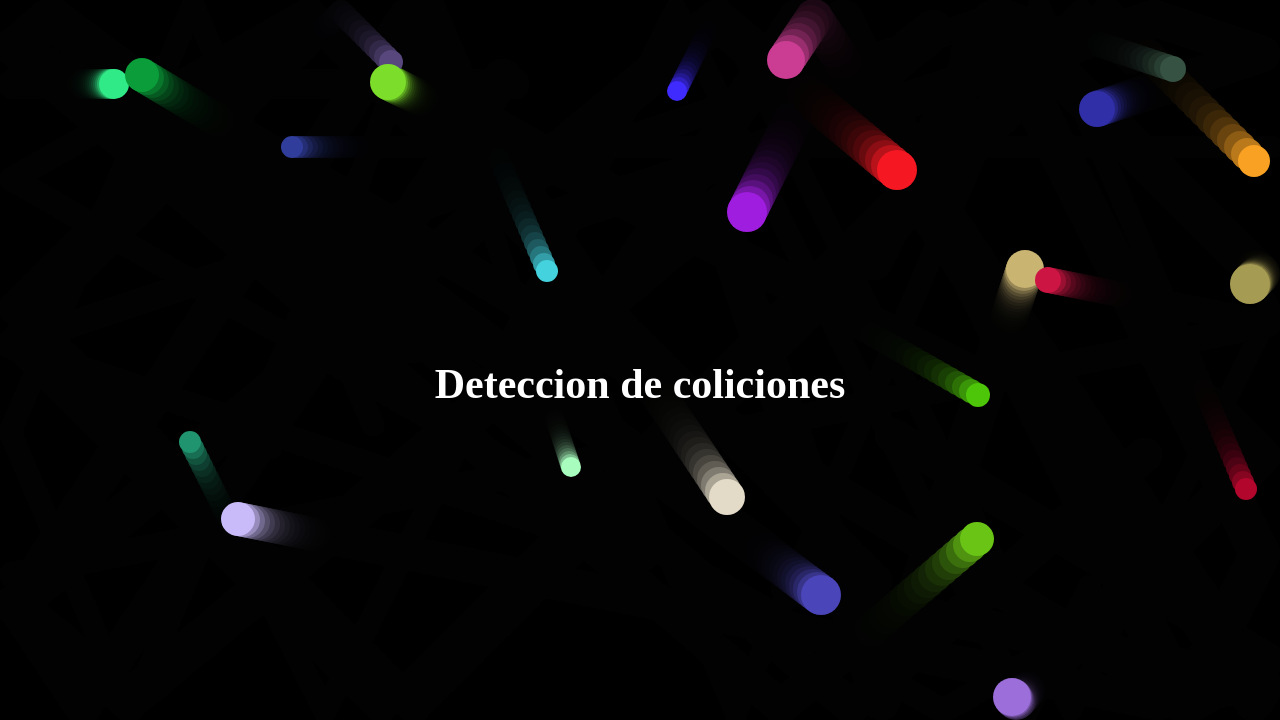
Repository: mvbri/Bouncing-Balls-Animation
Page: index.html
The author's editor kept a copy of each file at every save. The page is drawn from the files as they stood at one save, then again after the next save.
The browser window is 1280 px wide. The pictures show the whole page.

Above is the page before, as saved 2023-01-15 14:57:06.

After the next save:
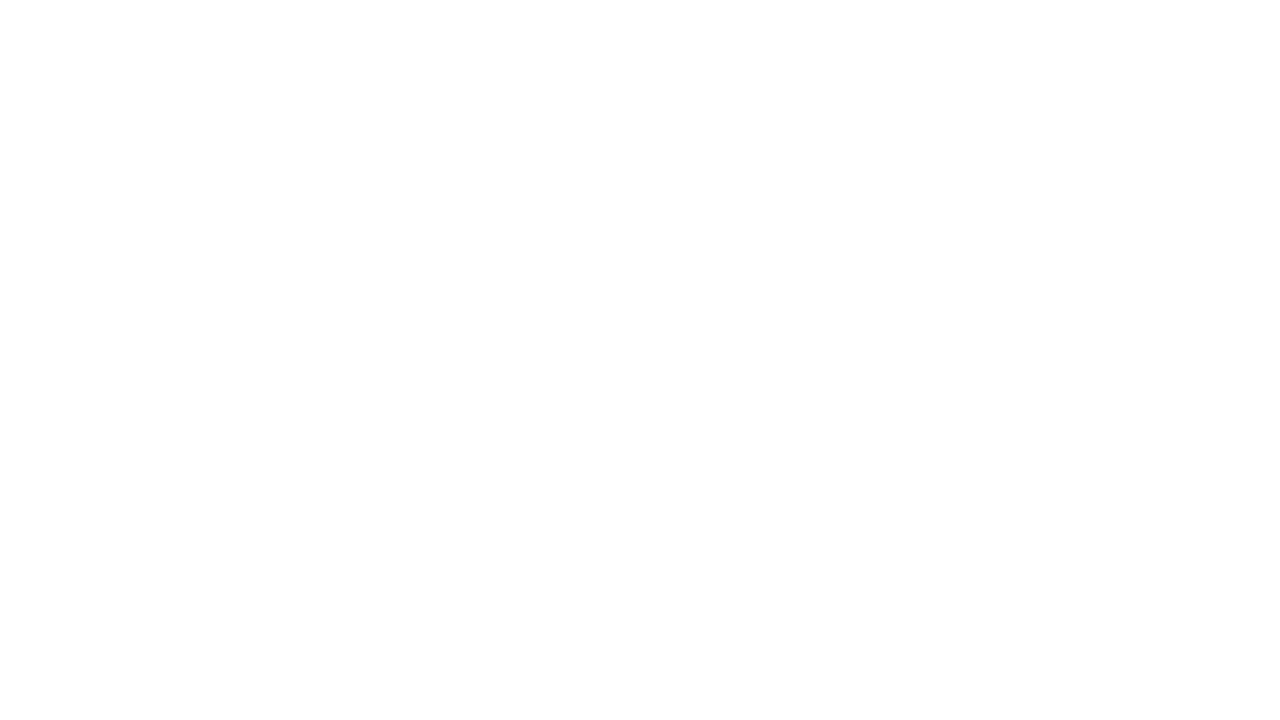
Saved 3 min 25 s later.
--- a/bouncingBalls.js
+++ b/bouncingBalls.js
@@ -69,7 +69,7 @@ while (balls.length < 25) {
 	balls.push(ball);
 }
 
-(function loop() {
+function loop() {
 	ctx.fillStyle = 'rgba(0, 0, 0, 0.25)';
 	ctx.fillRect(0, 0, width, height);
 
@@ -79,4 +79,4 @@ while (balls.length < 25) {
 	}
 
 	requestAnimationFrame(loop);
-})();
+}

After the 3 saves that followed:
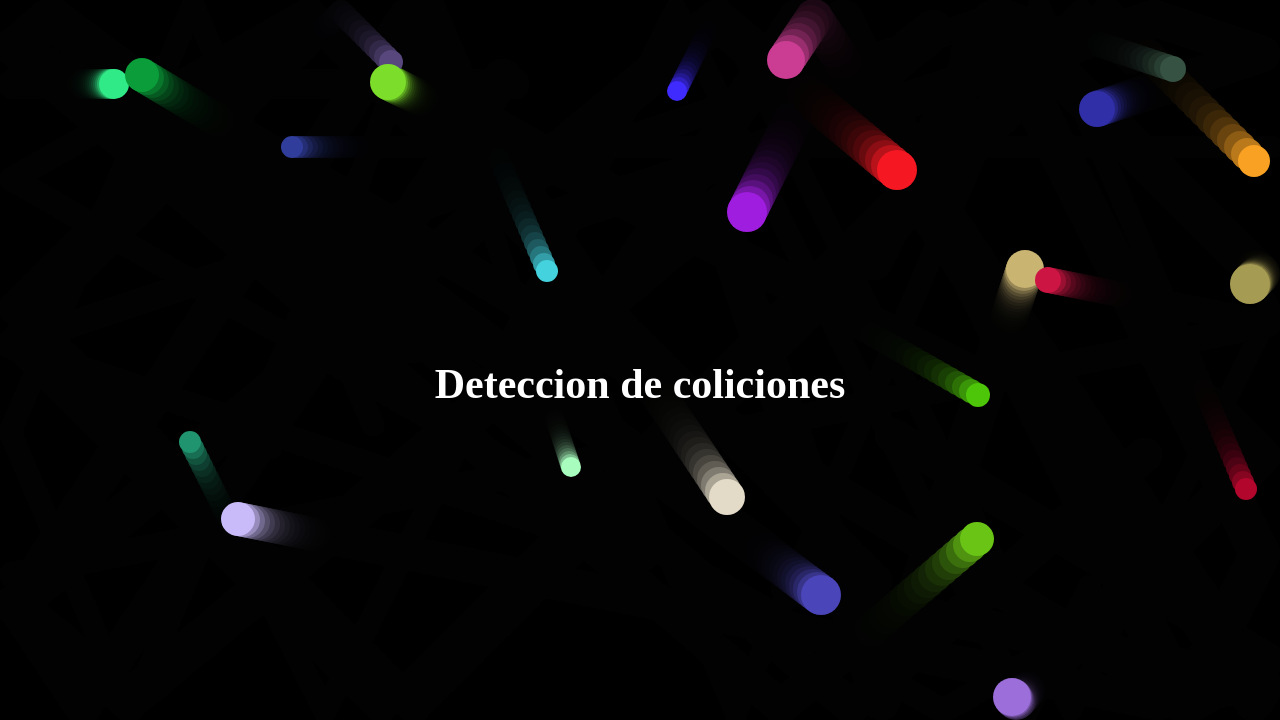
The 3 saves are shown as one change because 2 left the picture as it was.
The last was saved 52 s later.
--- a/bouncingBalls.js
+++ b/bouncingBalls.js
@@ -4,6 +4,9 @@ let canvas = document.querySelector('.canvas'),
 	height = (canvas.height = window.innerHeight);
 
 window.addEventListener('resize', () => {});
+window.addEventListener('DOMContentLoaded', () => {
+	loop();
+});
 
 function random(min, max) {
 	var num = Math.floor(Math.random() * (max - min + 1)) + min;
